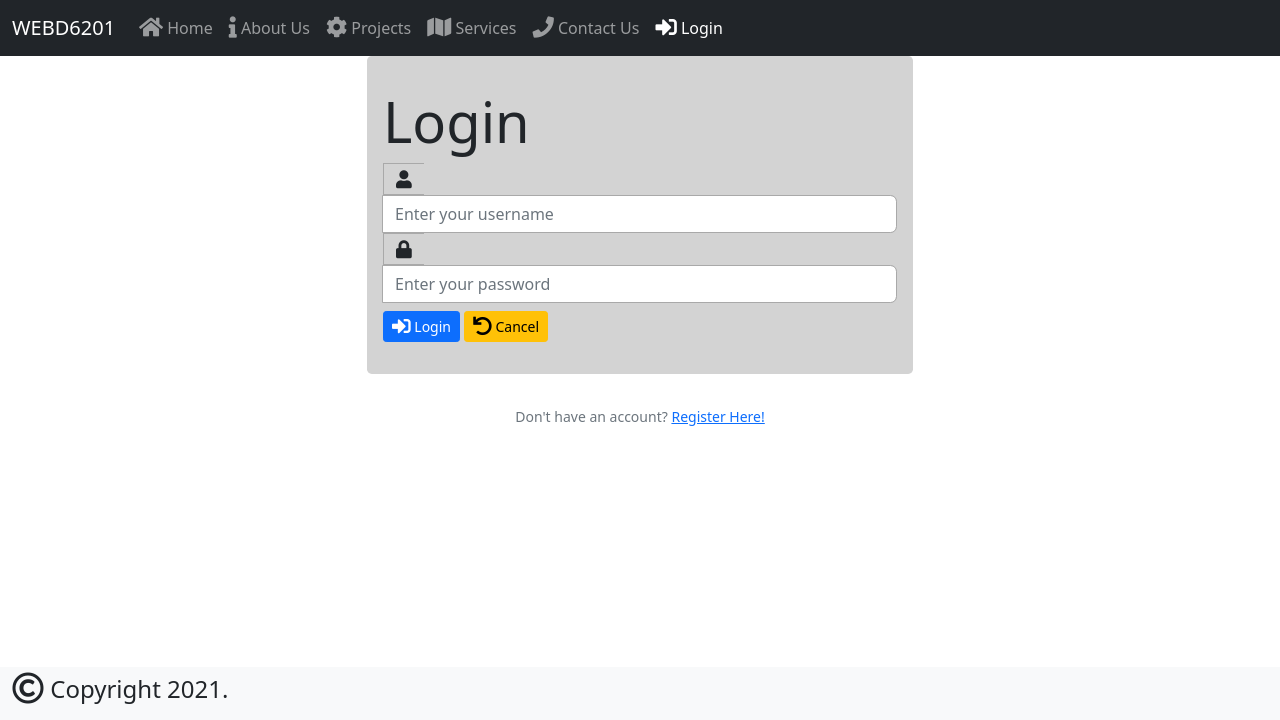
Repository: GarlicButterBoy/WEBD6201-ICE05
Page: login.html
The author's editor kept a copy of each file at every save. The page is drawn from the files as they stood at one save, then again after the next save.
The browser window is 1280 px wide. The pictures show the whole page.

Above is the page before, as saved 2021-02-18 08:16:20.

### login.html
<!DOCTYPE html>
<html lang="en">
<head>
    <meta charset="UTF-8">
    <meta name="viewport" content="width=device-width, initial-scale=1.0">
    <title>Login</title>
    <!-- CSS Section -->
    <link rel="stylesheet" href="./node_modules/bootstrap/dist/css/bootstrap.min.css">
    <link rel="stylesheet" href="./node_modules/@fortawesome/fontawesome-free/css/all.min.css">
    <link rel="stylesheet" href="./Content/app.css">
</head>
<body>
    <!-- Main Header -->
    <header>
        <!-- Main Navigation -->
        <nav class="navbar navbar-expand-lg navbar-dark bg-dark">
            <div class="container-fluid">
              <a class="navbar-brand" href="index.html">WEBD6201</a>
              <button class="navbar-toggler" type="button" data-bs-toggle="collapse" data-bs-target="#navbarSupportedContent" aria-controls="navbarSupportedContent" aria-expanded="false" aria-label="Toggle navigation">
                <span class="navbar-toggler-icon"></span>
              </button>
              <div class="collapse navbar-collapse" id="navbarSupportedContent">
                <ul class="navbar-nav me-auto mb-2 mb-lg-0">
                  <li class="nav-item">
                    <a class="nav-link" aria-current="page" href="index.html"><i class="fas fa-home fa-lg"></i> Home</a>
                  </li>

                  <li class="nav-item">
                    <a class="nav-link" aria-current="page" href="about.html"><i class="fas fa-info fa-lg"></i> About Us</a>
                  </li>

                  <li class="nav-item">
                    <a class="nav-link" aria-current="page" href="projects.html"><i class="fas fa-cog fa-lg"></i> Projects</a>
                  </li>

                  <li class="nav-item">
                    <a class="nav-link" aria-current="page" href="services.html"><i class="fas fa-map fa-lg"></i> Services</a>
                  </li>

                  <li class="nav-item">
                    <a class="nav-link" aria-current="page" href="contact.html"><i class="fas fa-phone fa-lg"></i> Contact Us</a>
                  </li>
                  <li id="login" class="nav-item">
                    <a class="nav-link active" aria-current="page" href="login.html"><i class="fas fa-sign-in-alt fa-lg"></i> Login</a>
                  </li>
                </ul>
              </div>
            </div>
          </nav>
    </header>

    <!-- Main Content -->
    <main class="container" id="mainContent">
      <div class="row">
          <div class="offset-md-3 col-md-6 col-sm-12">
                <div class="login" id="contentArea">
                    <h1 class="display-4">Login</h1>
                    <form id="loginForm" novalidate>

                      <div class="form-groupmb-2">
                        <div class="input-group">
                          <span class="input-group-addon">
                            <i class="fa fa-user">
                            </i>
                          </span>
                          <input type="text" class="form-control" id="contactName" name="username"  required
                          value="" placeholder="Enter your username">
                        </div>

                      </div>

                      <div class="form-group mb-2">
                        <div class="input-group">
                          <span class="input-group-addon">
                            <i class="fa fa-lock">
                            </i>
                          </span>
                          <input type="password" class="form-control" id="password" name="password"  required
                          value="" placeholder="Enter your password">
                        </div>

                      </div>
                      <div class="text-right">
                        <button id="submitButton" type="submit" class="btn btn-primary btn-sm"><i class="fas fa-sign-in-alt fa-lg"></i> Login</button>
                        <button id="cancelButton" type="button" class="btn btn-warning btn-sm"><i class="fas fa-undo fa-lg"></i> Cancel</button>
                      </div>
                    </form>

                </div>
                <p class="text-center text-muted small">
                  Don't have an account?
                  <a href="register.html">Register Here!</a>
                </p>
          </div>
      </div>
  </main>

    <!-- Main Footer -->
    <footer>
        <nav class="navbar fixed-bottom navbar-light bg-light">
            <div class="container-fluid">
              <h4><i class="far fa-copyright fa-lg"></i> Copyright 2021.</h4>
            </div>
          </nav>
    </footer>

    <!-- Script Section-->
    <script src="./node_modules/jquery/dist/jquery.min.js"></script>
    <script src="./node_modules/bootstrap/dist/js/bootstrap.bundle.min.js"></script>

    <script src="./Scripts/namespace.js"></script>
    <script src="./Scripts/user.js"></script>
    <script src="./Scripts/app.js"></script>

</body>
</html>

### Content/app.css
/* custom css goes here */
.input-group-addon:first-child
{
    border-right: 0;
}

.input-group-addon
{
    padding: 6px 12px;
    font-size: 14px;
    font-weight: 400;
    line-height: 1;
    text-align: center;
    border: 1px solid darkgrey;
    border-radius: 4xpx;
}

.input-group-addon .fa
{
    font-size: 18px;
}

.input-group .form-control
{
    position:relative;
    z-index: 2;
    float:left;
    width: 100%;
    margin-bottom: 0;
}

.input-group .form-control:last-child
{
    border-top-left-radius: 0;
    border-bottom-left-radius: 0;
}



.login
{
    padding: 2rem 1rem;
    margin-bottom: 2rem;
    background-color: lightgrey;
    border-radius: .3rem;
}

.login input
{
    background-color: white;
    border-color: darkgrey;
    border-radius: .4em;
    width: 100%;
}

### Scripts/namespace.js

//namespace core
let core;

### Scripts/user.js
"use strict";
// User Class

((core)=>
{
  class User
  {
    // getters and setters
    get DisplayName()
    {
      return this.m_displayName;
    }

    set DisplayName(value)
    {
      this.m_displayName = value;
    }

    get EmailAddress()
    {
      return this.m_emailAddress;
    }

    set EmailAddress(value)
    {
      this.m_emailAddress = value;
    }

    get Username()
    {
      return this.m_username;
    }

    set Username(value)
    {
      this.m_username = value;
    }

    get Password()
    {
      return this.m_password;
    }

    set Password(value)
    {
      this.m_password = value;
    }

    // constructor

    /**
     * Creates an instance of User.
     * @param {string} [displayName=""]
     * @param {string} [emailAddress=""]
     * @param {string} [username=""]
     * @param {string} [password=""]
     */
    constructor(displayName = "", emailAddress = "", username = "", password="")
    {
      this.DisplayName = displayName;
      this.EmailAddress = emailAddress;
      this.Username = username;
      this.Password = password;
    }

    // methods

    /**
     * This method overrides the built-in toString method for the User class
     *
     * @returns {string}
     */
    toString()
    {
      return `Display Name     : ${this.DisplayName} \nEmail Address : ${this.EmailAddress} \nUsername : ${this.Username}`;
    }

    /**
     * This method returns a JSON object made up of the properties of the User class
     *
     * @returns {Object}
     */
    toJSON()
    {
      return {
        "DisplayName": this.DisplayName,
        "EmailAddress": this.EmailAddress,
        "Username": this.Username
      }
    }

    /**
     * This method takes a JSON data object and assigns the values to the User class properties
     *
     * @param {Object} data
     */
    fromJSON(data)
    {
      this.DisplayName = data.DisplayName;
      this.EmailAddress = data.EmailAddress;
      this.Username = data.Username;
      this.Password = data.Password;
    }

    /**
     * This method converts the User into a comma-separated value string
     *
     * @returns {string}
     */
    serialize()
    {
      if(this.DisplayName !== "" && this.EmailAddress !== "" && this.Username !== "")
      {
        return `${this.DisplayName},${this.EmailAddress},${this.Username}`;
      }
      else
      {
        console.error("One or more properties of the User is empty");
        return null;
      }
    }

    /**
     * This method takes a comma-separated data string and assigns the values to the User class properties
     *
     * @param {string} data
     * @return {void}
     */
    deserialize(data)
    {
      let propertyArray = data.split(",");
      this.DisplayName = propertyArray[0];
      this.EmailAddress = propertyArray[1];
      this.Username = propertyArray[2];
    }
  }

  core.User = User;

})(core || (core={}));

### Scripts/app.js
/* custom JavaScript goes here */

//IIFE - Immediately Invoked Function Expression
//AKA - Anonymous Self-Executing Function
//Closure - limits scope leak

"use strict";
/* Example of a class being created with brand new functions
let myContact =
{
  "firstName":"Nick SF",
  "contactNumber":"905-123-4567",
  "emailAddress":"email@test.com",
  "saysHello":function() { console.log(`${fullName} says Hello!`); },
  "someOtherObject":{  "friendsList":["Tony", "Stephen", "Peter"]  }

};*/

((core) =>
{
    function displayHome()
    {
/*
      $("button").on("mouseover", function(){
        console.log("JQuery Click");
      });

      let myButton = document.querySelectorAll("button")[1];
      myButton.addEventListener("click", () => {
        console.log("Button Clicked!");
      });
*/
      //console.log(myButton);

        let paragraphOneText =
          "This is a simple site to demonstrate DOM Manipulation for ICE 1";

        let paragraphOneElement = document.getElementById("paragraphOne");

        paragraphOneElement.textContent = paragraphOneText;
        paragraphOneElement.className = "fs-5";

        // Step 1. document.createElement
        let newParagraph = document.createElement("p");
        // Step 2. configure the element
        newParagraph.setAttribute("id", "paragraphTwo");
        newParagraph.textContent = "...And this is paragraph two";
        // Step 3. select the parent element
        let mainContent = document.getElementsByTagName("main")[0];
        // Step 4. Add / Insert the element
        mainContent.appendChild(newParagraph);

        newParagraph.className = "fs-6";

        // another way of injecting content
        let paragraphDiv = document.createElement("div");
        let paragraphThree = `<p id="paragraphThree" class="fs-7 fw-bold">And this is the Third Paragraph</p>`;
        paragraphDiv.innerHTML = paragraphThree;

        // insertions

        // example of inserting before a node
        //newParagraph.before(paragraphDiv);

        // example of inserting after a node
        newParagraph.after(paragraphDiv);

        // deletions

        // example of removing a single element
        //paragraphOneElement.remove();

        // example of removeChild
        mainContent.removeChild(paragraphOneElement);

        // update / modification
        //mainContent.firstElementChild.textContent = "Welcome Home!";

        mainContent.innerHTML = `<h1 id="firstHeading">Welcome to WEBD6201 - Lab 1</h1>
         <p id="paragraphOne" class="fs-3 fw-bold">This is my first Paragraph</p>
        `;

    }

    function displayAbout()
    {

    }

    function displayProjects()
    {

    }

    function displayServices()
    {

    }

    function displayContact()
    {
        TestFullName();
        TestContactNumber();
        TestEmailAddress();

        //let fullName = document.getElementById("fullName");
        //fullName.addEventListener("blur", function() {});

        $("#sendButton").on("click", (event)=>
        {
          if ($("#subscribeCheckbox")[0].checked)
          {
            let contact = new core.Contact(fullName.value, contactNumber.value, emailAddress.value);
            if(contact.serialize()) //checking if the serialized object exists
            {
              let key = contact.FullName.substring(0, 1) + Date.now();

              localStorage.setItem(key, contact.serialize());
            }
          }
        });


    }
    function displayContactList()
    {
      /*
      //Step 1: Create an XHR Object
      let XHR = new XMLHttpRequest();

      //Step 2: Open the connection to file/url
      XHR.open("GET", "./Data/contacts.json");

      //Step 3: Send request to the server
      XHR.send();

      //Step 4: Listen for a response
      XHR.addEventListener("readystatechange", function()
      {
        let contactData = "";
        //Step 5: Ensure the server is ready and there are no errors
        if (XHR.readyState === 4 && XHR.status === 200)
        {
          let contacts = JSON.parse(XHR.responseText).contacts;


          let contactIndex = 0;

          //Step 6: Do something with the data
          for (const contact of contacts)
          {

            let newContact = new core.Contact();
            newContact.fromJSON(contact);

            contactData += `<tr>
                    <th scope="row">${contactIndex}</th>
                    <td>${newContact.FullName}</td>
                    <td>${newContact.ContactNumber}</td>
                    <td>${newContact.EmailAddress}</td>
                    <td class="text-center"><button class="btn btn-primary btn-sm edit" value="${contactIndex}"><i class="fas fa-sm fa-edit"></i> Edit</button></td>
                    <td class="text-center"><button class="btn btn-warning btn-sm delete" value="${contactIndex}"><i class="fas fa-sm fa-trash-alt"></i> Delete</button></td>
                    </tr>`;
            contactIndex++;
          }
          //console.log(JSON.parse(XHR.responseText));


        }

      });
      */
      //console.log("outside the event listener" + XHR.responseText);

      if(localStorage.length > 0)
      {
        let contactList = document.getElementById("contactList");

        let data = "";
        let keys = Object.keys(localStorage);

        let index = 1;

        for (const key of keys)
        {
          console.log(key);
          let contactData = localStorage.getItem((key).toString());

          console.log(contactData);

          let contact = new core.Contact();
          contact.deserialize(contactData);

          data += `<tr>
                  <th scope="row">${index}</th>
                  <td>${contact.FullName}</td>
                  <td>${contact.ContactNumber}</td>
                  <td>${contact.EmailAddress}</td>
                  <td class="text-center"><button class="btn btn-primary btn-sm edit" value="${key}"><i class="fas fa-sm fa-edit"></i> Edit</button></td>
                  <td class="text-center"><button class="btn btn-warning btn-sm delete" value="${key}"><i class="fas fa-sm fa-trash-alt"></i> Delete</button></td>
                  </tr>`;
          index++;
        }

        contactList.innerHTML = data;
        //TODO: Create an Edit page
        $("button.edit").on("click", function()
        {
          location.href = "edit.html#" + $(this).val();
        });


        $("button.delete").on("click", function()
        {
          if(confirm("Are you sure?"))
          {
            localStorage.removeItem($(this).val());
          }
          location.href = "contact-list.html";
        });

        $("#addButton").on("click", function()
        {
          location.href = "edit.html";
        })
      }


    }
    function displayEdit()
    {

      let key = location.hash.substring(1);

      let contact = new core.Contact();

      //Simple check to ensure the key is not empty
      if(key != "")
      {
        //get contact info from localStorage
        contact.deserialize(localStorage.getItem(key));
        //Display contact info
        $("#fullName").val(contact.FullName);
        $("#contactNumber").val(contact.ContactNumber);
        $("#emailAddress").val(contact.EmailAddress);
      }
      else
      {
        //modify the page so its an add, not an edit
        $("main>h1").text("Add Contact");
        $("#editButton").html(`<i class="fas fa-plus-square fa-lg"></i> Add`)

      }

      TestFullName();
      TestContactNumber();
      TestEmailAddress();

      //Edit Button
      $("#editButton").one("click", function()
      {

        if (document.forms[0].checkValidity())
        {
          //If key is empty, make new one
        if (key == "")
        {
          key = contact.FullName.substring(0, 1) + Date.now();
        }

        //Update the contact info using the newly typed data
        contact.FullName = $("#fullName").val();
        contact.ContactNumber = $("#contactNumber").val();
        contact.EmailAddress = $("#emailAddress").val();

        //Update localStorage
        localStorage.setItem(key, contact.serialize());
         //Navigate back to the contact-list.html
         location.href = "contact-list.html";
        }

      });
      //Cancel Button
      $("#cancelButton").on("click", function()
      {
        //return to contact-list.html
        location.href = "contact-list.html";
      });

    }

    function TestContactNumber()
    {
      let messageArea = $("#messageArea");
      let contactNumberPattern = /^(\+\d{1,2}\s)?\(?\d{3}\)?[\s.-]\d{3}[\s.-]\d{4}$/;
      // form validation
      $("#contactNumber").on("blur", function()
      {


        if(!contactNumberPattern.test($(this).val()))
          {
              //JQuery example of the lines below
             $(this).trigger("focus").trigger("select");
             messageArea.show().addClass("alert alert-danger").text("Please enter a valid phone number.");
          }
          else
          {
             //JQuery example of the line below
              messageArea.removeAttr("class").hide();
             //messageArea.hidden = true;
             //messageArea.removeAttribute("class");
          }
      });
    }

    function TestEmailAddress()
    {
      let messageArea = $("#messageArea");
      let emailAddressPattern = /^([a-zA-Z0-9._%-]+@[a-zA-Z0-9.-]+\.[a-zA-Z]{2,6})*$/;
      // form validation
      $("#emailAddress").on("blur", function()
      {


        if(!emailAddressPattern.test($(this).val()))
          {
              //JQuery example of the lines below
             $(this).trigger("focus").trigger("select");
             messageArea.show().addClass("alert alert-danger").text("Please enter a valid email address.");
          }
          else
          {
             //JQuery example of the line below
              messageArea.removeAttr("class").hide();
             //messageArea.hidden = true;
             //messageArea.removeAttribute("class");
          }
      });
    }

    function TestFullName()
    {
      //This is the same as below
      let messageArea = $("#messageArea").hide();
      let fullNamePattern = /([A-Z][a-z]{1,25})+(\s|,|-)([A-Z][a-z]{1,25})+(\s|,|-)*/;
      // form validation
      $("#fullName").on("blur", function()
      {


        if(!fullNamePattern.test($(this).val()))
          {
              //JQuery example of the lines below
             $(this).trigger("focus").trigger("select");
             messageArea.show().addClass("alert alert-danger").text("Please enter a valid Full Name. Must have a first and last name, starting with capital letters.");
          }
          else
          {
             //JQuery example of the line below
              messageArea.removeAttr("class").hide();
             //messageArea.hidden = true;
             //messageArea.removeAttribute("class");
          }
      });
  }

  function displayLogin()
  {

  }

  function displayRegister()
  {

  }

    function Start()
    {
        console.log("App Started...");




        switch (document.title)
        {
          case "Home":
              displayHome();
            break;
          case "About":
              displayAbout();
            break;
          case "Projects":
              displayProjects();
            break;
          case "Services":
              displayServices();
            break;
          case "Contact":
              displayContact();
            break;
          case "Contact-List":
              displayContactList();
              break;
          case "Edit":
              displayEdit();
            break;
          case "Login":
              displayLogin();
            break;
          case "Register":
              displayRegister();
            break;
        }

    }

    window.addEventListener("load", Start);

    core.Start = Start;


})  (core || (core={}));

Loaded but not shown: node_modules/bootstrap/dist/css/bootstrap.min.css (library); node_modules/@fortawesome/fontawesome-free/css/all.min.css (library); node_modules/jquery/dist/jquery.min.js (library); node_modules/bootstrap/dist/js/bootstrap.bundle.min.js (library)

After the next save:
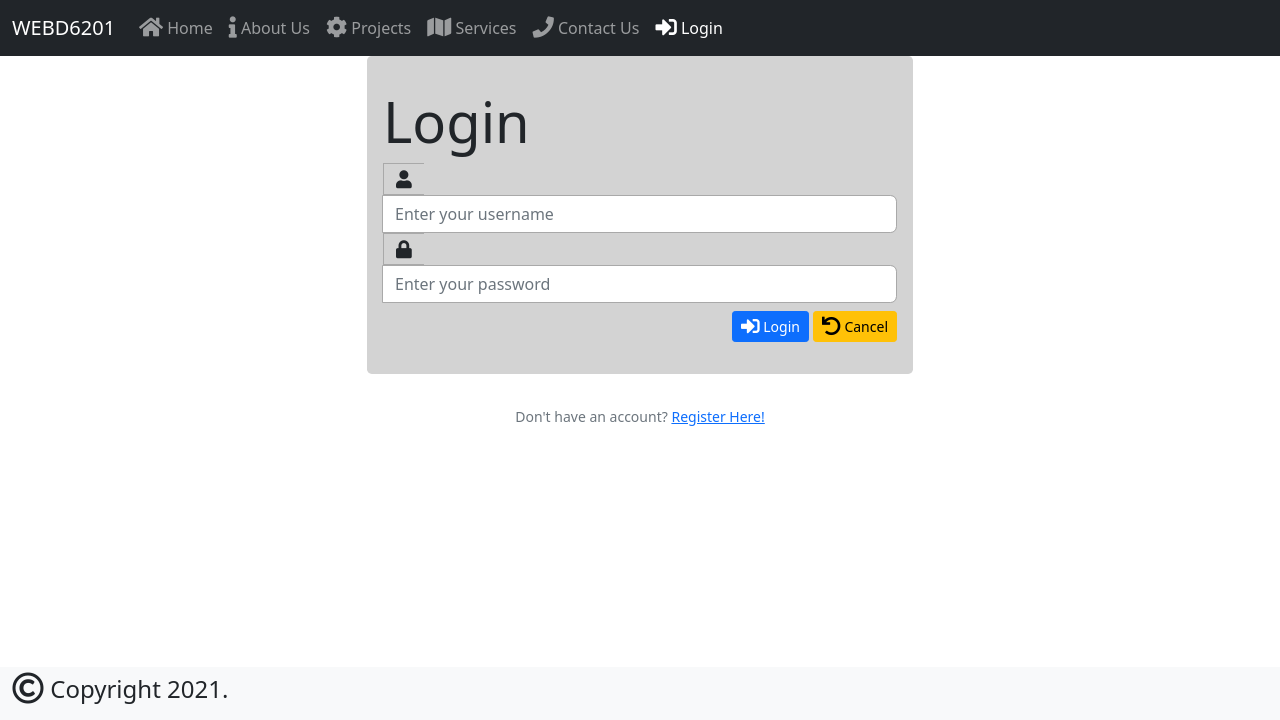
Saved 2 min 4 s later.
--- a/login.html
+++ b/login.html
@@ -80,7 +80,7 @@
                         </div>
 
                       </div>
-                      <div class="text-right">
+                      <div class="text-end">
                         <button id="submitButton" type="submit" class="btn btn-primary btn-sm"><i class="fas fa-sign-in-alt fa-lg"></i> Login</button>
                         <button id="cancelButton" type="button" class="btn btn-warning btn-sm"><i class="fas fa-undo fa-lg"></i> Cancel</button>
                       </div>
